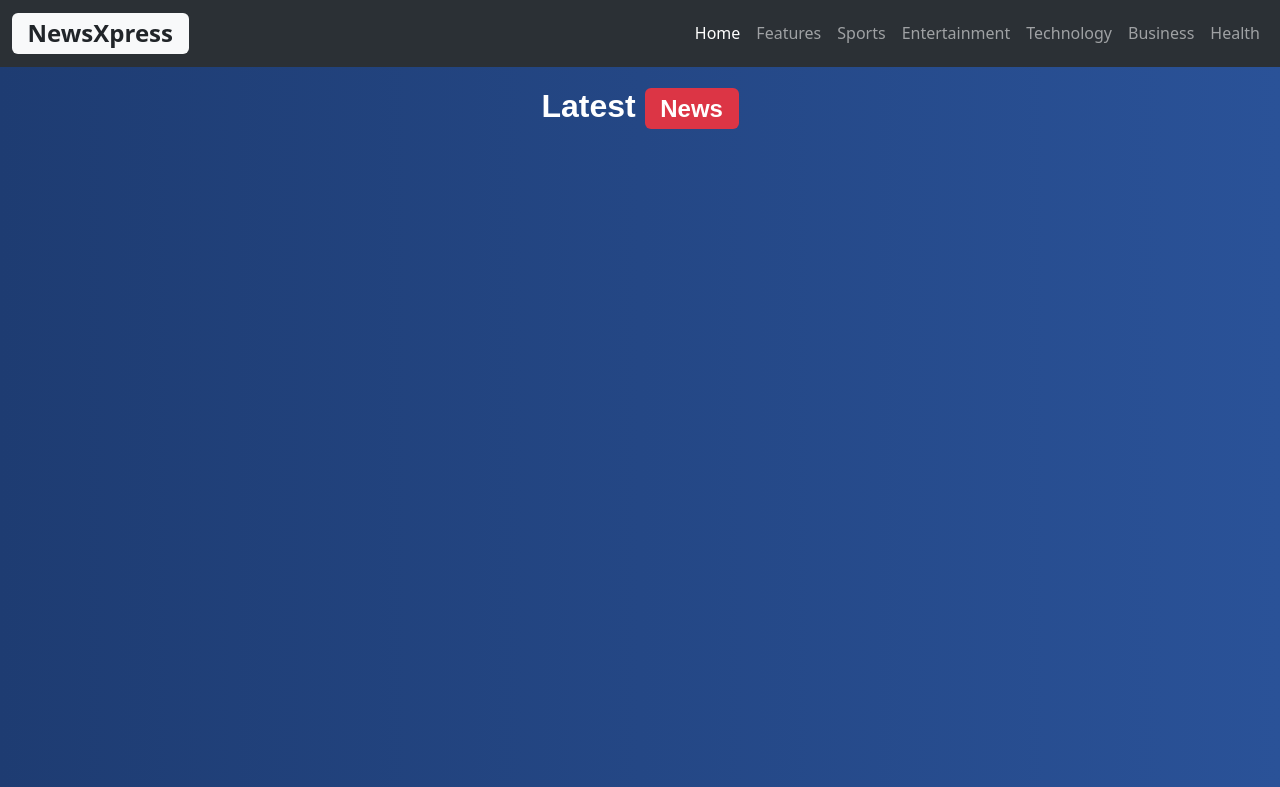
Repository: Abhishek-Thakur14/NewsXpress
Page: /
The author's editor kept a copy of each file at every save. The page is drawn from the files as they stood at one save, then again after the next save.
The browser window is 1280 px wide. The pictures show the whole page.
The page's requests for data from a server got no answer. The project was rebuilt for these pictures with package versions that can differ from the ones it lists, and the page was loaded fresh each time. No one was signed in, and anything a server would have sent is missing. Also part of the build but not shown: vite.config.js, src/Components/NewsItem.jsx.

Above is the page before, as saved 2025-02-08 17:00:26.

### index.html
<!doctype html>
<html lang="en">
  <head>
    <meta charset="UTF-8" />
    <meta name="viewport" content="width=device-width, initial-scale=1.0" />
    <title>News App</title>
    <link href="https://cdn.jsdelivr.net/npm/bootstrap@5.3.3/dist/css/bootstrap.min.css" rel="stylesheet"
      integrity="sha384-QWTKZyjpPEjISv5WaRU9OFeRpok6YctnYmDr5pNlyT2bRjXh0JMhjY6hW+ALEwIH" crossorigin="anonymous">
  </head>
  <body>
    <div id="root"></div>
    <script type="module" src="/src/main.jsx"></script>
    <script src="https://cdn.jsdelivr.net/npm/bootstrap@5.3.3/dist/js/bootstrap.bundle.min.js"
      integrity="sha384-YvpcrYf0tY3lHB60NNkmXc5s9fDVZLESaAA55NDzOxhy9GkcIdslK1eN7N6jIeHz" crossorigin="anonymous"></script>
  </body>
</html>

### src/App.jsx
import { BrowserRouter as Router, Routes, Route } from "react-router-dom";
import Navbar from "./components/Navbar";
import NewsBoard from "./components/NewsBoard";

const App = () => {
  return (
    <Router>
      <Navbar />
      <Routes>
        <Route path="/" element={<NewsBoard category="general" />} />
        <Route path="/features" element={<h2 className="text-center">Features Page Coming Soon</h2>} />
        <Route path="/category/:category" element={<NewsBoard />} />
      </Routes>
    </Router>
  );
};

export default App;

### src/Components/Navbar.jsx
import { Link } from "react-router-dom";
// import "./Navbar.css"; // Import CSS for styling

const Navbar = () => {
  return (
    <nav className="navbar navbar-expand-lg bg-body-tertiary" data-bs-theme="dark">
      <div className="container-fluid">
        <Link className="navbar-brand" to="/">
          <span className="badge bg-light text-dark fs-4">NewsXpress</span>
        </Link>
        <button
          className="navbar-toggler"
          type="button"
          data-bs-toggle="collapse"
          data-bs-target="#navbarNav"
          aria-controls="navbarNav"
          aria-expanded="false"
          aria-label="Toggle navigation">
          <span className="navbar-toggler-icon"></span>
        </button>
        <div className="collapse navbar-collapse" id="navbarNav">
          <ul className="navbar-nav ms-auto">
            <li className="nav-item">
              <Link className="nav-link active" to="/">Home</Link>
            </li>
            <li className="nav-item">
              <Link className="nav-link" to="/features">Features</Link>
            </li>
            <li className="nav-item">
              <Link className="nav-link" to="/category/sports">Sports</Link>
            </li>
            <li className="nav-item">
              <Link className="nav-link" to="/category/entertainment">Entertainment</Link>
            </li>
            <li className="nav-item">
              <Link className="nav-link" to="/category/technology">Technology</Link>
            </li>
            <li className="nav-item">
              <Link className="nav-link" to="/category/business">Business</Link>
            </li>
            <li className="nav-item">
              <Link className="nav-link" to="/category/health">Health</Link>
            </li>
          </ul>
        </div>
      </div>
    </nav>
  );
};

export default Navbar;

### src/Components/NewsBoard.jsx
import { useState, useEffect } from "react";
import { useParams } from "react-router-dom";
import NewsItem from "./NewsItem";
import "./NewsBoard.css";

const NewsBoard = () => {
  const { category } = useParams();
  const [articles, setArticles] = useState([]);
  const apiKey = "776b22a1db104c6bbaec009b9a90f307";

  useEffect(() => {
    const fetchNews = async () => {
      try {
        let url = `https://newsapi.org/v2/top-headlines?country=us&category=${category || "general"}&apiKey=${apiKey}`;
        let response = await fetch(url);
        let data = await response.json();
        setArticles(data.articles || []);
      } catch (error) {
        console.error("Error fetching news:", error);
      }
    };

    fetchNews();
  }, [category]);

  return (
    <div className="newsboard-container">
      <h2 className="text-center">
        {category ? category.toUpperCase() : "Latest"} <span className="badge bg-danger">News</span>
      </h2>
      <div className="row">
        {articles.map((news, index) => (
          <div className="col-md-4" key={index}>
            <NewsItem
              title={news.title}
              description={news.description}
              url={news.url}
              imageUrl={news.urlToImage}
            />
          </div>
        ))}
      </div>
    </div>
  );
};

export default NewsBoard;

### src/Components/NewsBoard.css
/* Apply a stylish gradient background */
.newsboard-container {
    background: linear-gradient(to right, #1e3c72, #2a5298);
    min-height: 100vh;
    padding: 20px;
  }

  /* Styling for each news card */
  .news-card {
    background-color: #fff;
    border-radius: 10px;
    overflow: hidden;
    margin: 15px;
    box-shadow: 0 4px 8px rgba(0, 0, 0, 0.2);
    transition: transform 0.3s ease-in-out;
  }

  .news-card:hover {
    transform: scale(1.05);
  }

  /* Fix the image size */
  .news-image {
    width: 100%;
    height: 200px;
    object-fit: cover;
  }

  /* Center the news heading */
  h2 {
    color: white;
    font-weight: bold;
    margin-bottom: 20px;
  }
  .news-container {
  background: linear-gradient(135deg, #1e1e2f, #232946);
  min-height: 100vh;
  padding: 20px;
}

.news-grid {
  display: flex;
  flex-wrap: wrap;
  justify-content: center;
  gap: 20px;
}

.text-center {
  font-family: 'Arial', sans-serif;
}

Loaded but not shown: src/main.jsx (common file); src/index.css (no stored copy; drawn as an empty file)

After the next save:
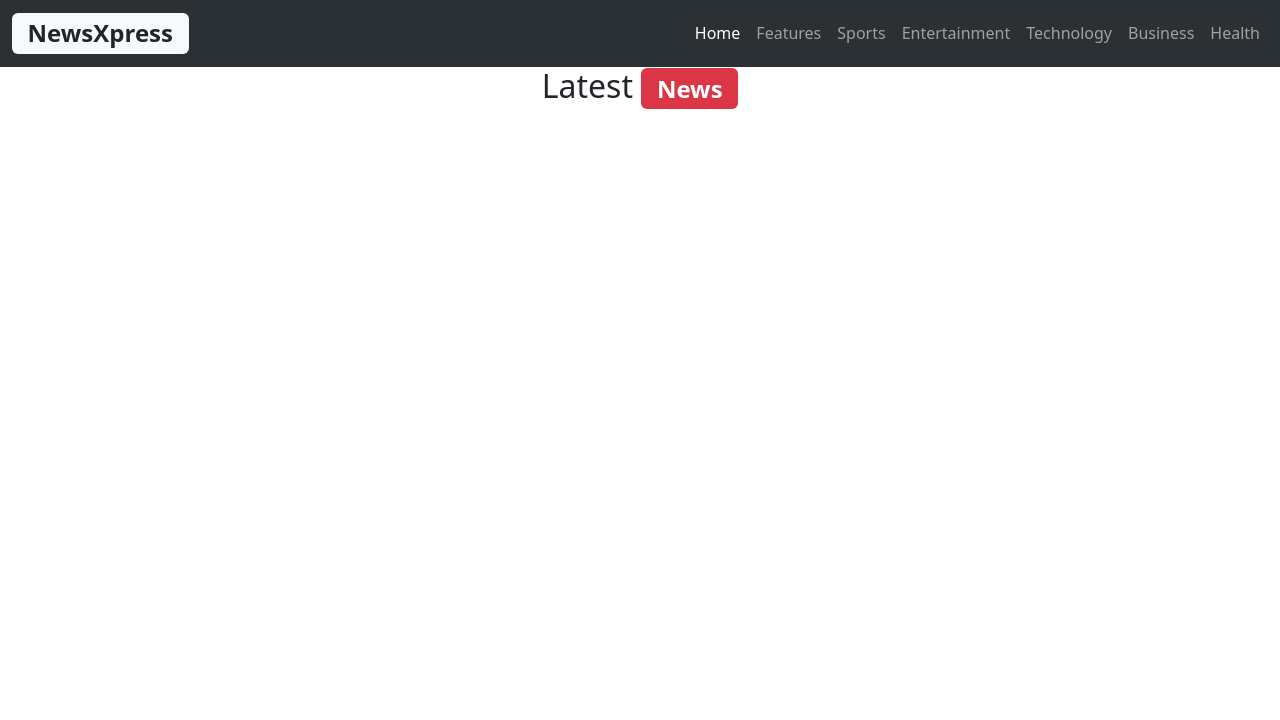
Saved 26 s later.
--- a/src/Components/NewsBoard.css
+++ b/src/Components/NewsBoard.css
@@ -1,50 +1,60 @@
-/* Apply a stylish gradient background */
-.newsboard-container {
-    background: linear-gradient(to right, #1e3c72, #2a5298);
+.news-container {
+    background: linear-gradient(135deg, #1e1e2f, #232946);
     min-height: 100vh;
-    padding: 20px;
+    padding: 40px;
+    display: flex;
+    flex-direction: column;
+    align-items: center;
   }
 
-  /* Styling for each news card */
-  .news-card {
-    background-color: #fff;
+  .news-grid {
+    display: grid;
+    grid-template-columns: repeat(auto-fit, minmax(300px, 1fr));
+    gap: 20px;
+    justify-content: center;
+    max-width: 1200px;
+  }
+
+  .card {
+    background: #161b22;
+    color: white;
     border-radius: 10px;
     overflow: hidden;
-    margin: 15px;
-    box-shadow: 0 4px 8px rgba(0, 0, 0, 0.2);
     transition: transform 0.3s ease-in-out;
+    display: flex;
+    flex-direction: column;
+    height: 100%; /* Ensures all cards have equal height */
   }
 
-  .news-card:hover {
-    transform: scale(1.05);
+  .card:hover {
+    transform: scale(1.03);
   }
 
-  /* Fix the image size */
-  .news-image {
+  .card img {
     width: 100%;
     height: 200px;
-    object-fit: cover;
+    object-fit: cover; /* Ensures uniform image sizing */
   }
 
-  /* Center the news heading */
-  h2 {
-    color: white;
+  .card-body {
+    flex: 1; /* Ensures content fills remaining space */
+    display: flex;
+    flex-direction: column;
+    justify-content: space-between;
+    padding: 15px;
+  }
+
+  .card-title {
+    font-size: 1.1rem;
     font-weight: bold;
-    margin-bottom: 20px;
   }
-  .news-container {
-  background: linear-gradient(135deg, #1e1e2f, #232946);
-  min-height: 100vh;
-  padding: 20px;
-}
 
-.news-grid {
-  display: flex;
-  flex-wrap: wrap;
-  justify-content: center;
-  gap: 20px;
-}
+  .card-text {
+    font-size: 0.9rem;
+    flex-grow: 1; /* Ensures text fills space evenly */
+  }
 
-.text-center {
-  font-family: 'Arial', sans-serif;
-}
+  .btn-primary {
+    align-self: start; /* Aligns button properly */
+    margin-top: auto; /* Pushes button to bottom */
+  }
